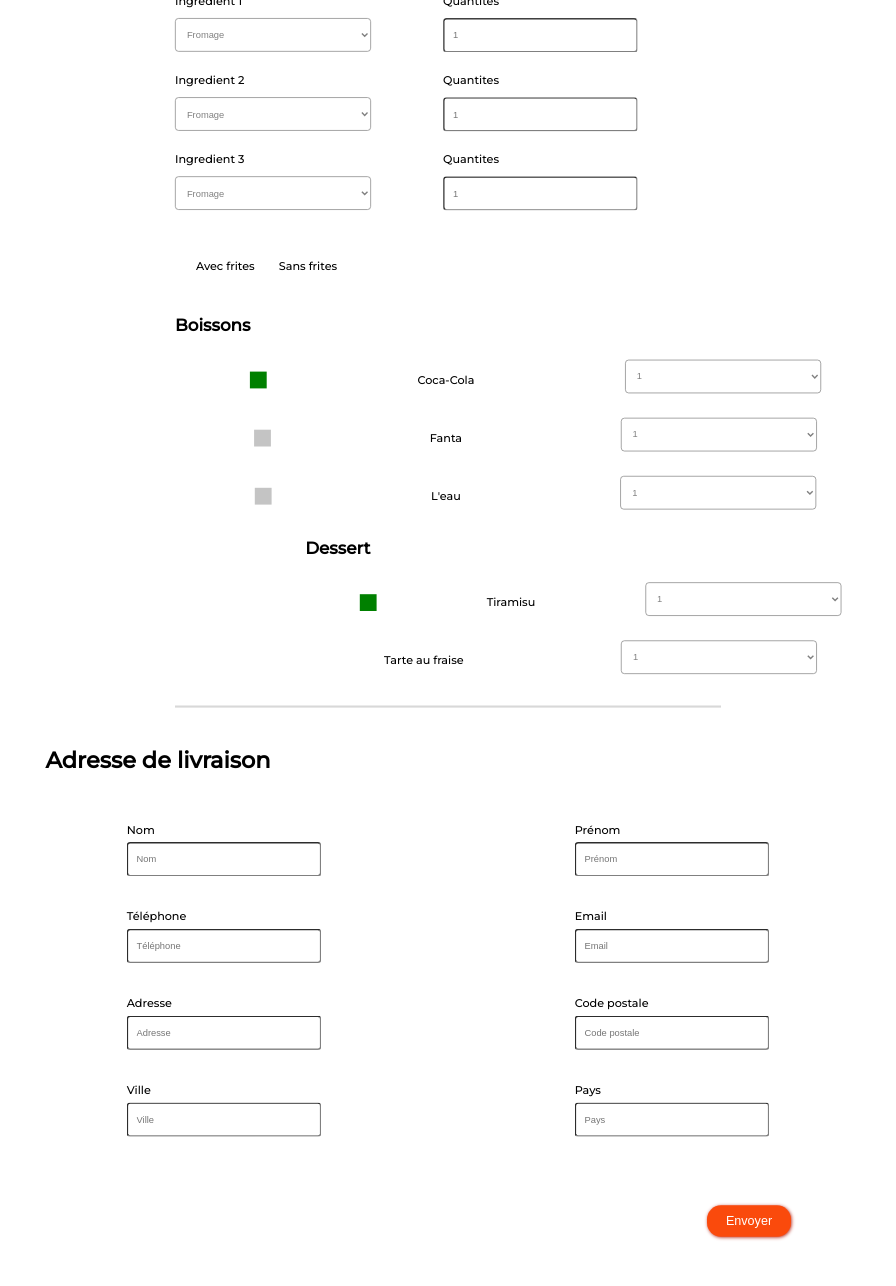
Repository: Ahlam-belhadj/bella-olange
Page: index2.html
These files come from the project's save history. The page is drawn as it stood at one moment and after the next save; the edit follows.
The browser window is 1280 px wide. The pictures show the part of the page from y = 1677 to 3597 px (the page is 3514 px tall before and 3597 px after), at 70% of full size.

Above is the page before, as saved 2023-02-15 09:21:50.

### index2.html
<!DOCTYPE html>
<html lang="en">

<head>
    <meta charset="UTF-8">
    <meta http-equiv="X-UA-Compatible" content="IE=edge">
    <meta name="viewport" content="width=device-width, initial-scale=1.0">
    <link rel="stylesheet" href="https://cdnjs.cloudflare.com/ajax/libs/font-awesome/6.2.1/css/all.min.css" />
    <link rel="stylesheet" href="style2.css">
    <title>Bella olanje</title>
</head>

<body>
  <header>

    <nav>
      <ul class="nav-bar">
          <div class="logo"><a href='#'><img src="image/logo_bella_olonje.png" alt="jsp"></a></div>
          <input type="checkbox" id="check" />
          <span class="menu">
              <li><a href="index.html" class="nav-link">Home</a></li>
              <li><a href="#pizza" class="nav-link">Pizzas</a></li>
              <li><a href="#burger" class="nav-link">Burgers</a></li>
              <li><a href="#salades" class="nav-link">Salades</a></li>
              <li><a href="index3.html" class="nav-link">Contact</a></li>
              <label for="check" class="close-menu"><i class="fas fa-times"></i></label>
          </span>
          <label for="check" class="open-menu"><i class="fas fa-bars"></i></label>
      </ul>
  </nav>

    <div class="title">
        <div class="texte">
            <h3>Food app</h3>
            <h1>Chez Bella <br>
                chaque désire s'additionne.</h1>
        </div>
    </div>
</header>




    <main>
      <div class="infos" id="form-infos">
        <form>
          <h1>Vos informations</h1>

          <div class="grp_infos">
            <div class="nom_prenom">
              <div class="label1">
                <label class="label_nom">Nom</label><br>
                <input type="text" placeholder="Nom">
              </div>
              <div class="label1">
                <label class="label_nom">Prénom</label><br>
                <input type="text" placeholder="Prénom">
              </div>
            </div>

            <div class="telephone_email">
              <div class="label1">
                <label class="label_nom">Téléphone</label><br>
                <input type="text" placeholder="Téléphone">
              </div>
              <div class="label1">
                <label class="label_nom">Email</label><br>
                <input type="text" placeholder="Email">
              </div>
            </div>
          </div>
        </form>
      </div>

      <hr>

      <div class="commande">
        <form>
          <h1>Votre commande</h1>
          <h3>Suppléments</h3>
          <div class="grp_suppliment">
            <div class="ingredient_quantite">
              <div class="fromage">
                <label>Ingredient</label><br>
                <select name="ingr" class="suppléments">
                  <option value="fromage">Fromage</option>
                  <option value="fromage">Fromage</option>
                  <option value="fromage">Fromage</option>
                  <option value="fromage">Fromage</option>
                  <option value="fromage">Fromage</option>
                  <option value="fromage">Fromage</option>
                  <option value="fromage">Fromage</option>
                </select>
              </div>
              <div class="box">
                <label>Quantites</label><br>
                <input type="number" min="0" placeholder="1">
              </div>
            </div>

            <div class="ingredient_quantite">
             <div class="fromage">
                <label>Ingredient 1</label><br>
                <select name="ingr" class="suppléments">
                  <option value="fromage">Fromage</option>
                  <option value="fromage">Fromage</option>
                  <option value="fromage">Fromage</option>
                  <option value="fromage">Fromage</option>
                  <option value="fromage">Fromage</option>
                  <option value="fromage">Fromage</option>
                  <option value="fromage">Fromage</option>
                </select>
              </div>
              <div class="box">
                <label>Quantites</label><br>
                <input type="number" min="0" placeholder="1">
              </div>
            </div>

            <div class="ingredient_quantite">
              <div class="fromage">
                <label>Ingredient 2</label><br>
                <select name="ingr" class="suppléments">
                  <option value="fromage">Fromage</option>
                  <option value="fromage">Fromage</option>
                  <option value="fromage">Fromage</option>
                  <option value="fromage">Fromage</option>
                  <option value="fromage">Fromage</option>
                  <option value="fromage">Fromage</option>
                  <option value="fromage">Fromage</option>
                </select>
              </div>
              <div class="box">
                <label>Quantites</label><br>
                <input type="number" min="0" placeholder="1">
              </div>
            </div>

            <div class="ingredient_quantite">
              <div class="fromage">
                <label>Ingredient 3</label><br>
                <select name="ingr" class="suppléments">
                  <option value="fromage">Fromage</option>
                  <option value="fromage">Fromage</option>
                  <option value="fromage">Fromage</option>
                  <option value="fromage">Fromage</option>
                  <option value="fromage">Fromage</option>
                  <option value="fromage">Fromage</option>
                  <option value="fromage">Fromage</option>
                </select>
              </div>
              <div class="box">
                <label>Quantites</label><br>
                <input type="number" min="0" placeholder="1">
              </div>
            </div>
          </div>


          <div class="check2">
            <label class="container">Avec frites
              <input type="radio" checked="checked" name="radio">
              <span class="checkmark"></span>
            </label>
            <label class="container">Sans frites
              <input type="radio" name="radio">
              <span class="checkmark"></span>
            </label>
          </div>


          <div class="all">
            <div class="content_of_boisson">
                <h2>Boissons</h2>
                <div class="boissons">
                    <div class="carre"></div>
                    <label>Coca-Cola</label>
                    <select name="Fromage" class="Fromage" style="margin-top: 10px;">
                      <option value="">1</option>
                      <option value="">2</option>
                      <option value="">3</option>
                      <option value="">4</option>
                    </select>
                </div>
                <div class="boissons">
                    <div class="carre grey"></div>
                    <label>Fanta</label>
                    <select name="Fromage" class="Fromage" style="margin-top: 10px;">
                      <option value="">1</option>
                      <option value="">2</option>
                      <option value="">3</option>
                      <option value="">4</option>
                    </select>
                </div>
                <div class="boissons">
                   <div class="carre grey"></div>
                    <label>L'eau</label>
                    <select name="Fromage" class="Fromage" style="margin-top: 10px;">
                      <option value="">1</option>
                      <option value="">2</option>
                      <option value="">3</option>
                      <option value="">4</option>
                    </select>
                </div>
            </div>

            <div class="content_of_dessert">
                <h2>Dessert</h2>
                <div class="boissons dessert">
                   <div class="carre"></div>
                    <label>Tiramisu</label>
                    <select name="Fromage" class="Fromage" style="margin-top: 10px;">
                        <option value="">1</option>
                        <option value="">2</option>
                        <option value="">3</option>
                        <option value="">4</option>
                    </select>
                </div>
                <div class="boissons dessert">
                    <!-- <div class="carre grey"></div>
                    <label>Cheese-cake</label>
                    <select name="Fromage" class="Fromage" style="margin-top: 10px;">
                      <option value="">1</option>
                      <option value="">2</option>
                      <option value="">3</option>
                      <option value="">4</option>
                    </select>
                </div>
                <div class="boissons dessert">
                    <!-- <div class="carre grey"></div> -->
                    <label>Tarte au fraise</label>
                    <select name="Fromage" class="Fromage" style="margin-top: 10px;">
                      <option value="">1</option>
                      <option value="">2</option>
                      <option value="">3</option>
                      <option value="">4</option>
                    </select>
                </div>
            </div>
            </div>
        </form>
      </div>

      <hr>

      <div class="livraison">
        <form>
          <h1>Adresse de livraison</h1>
          <div class="grp_infos">
            <div class="nom_prenom">
              <div class="label1">
                <label class="label_nom">Nom</label><br>
                <input type="text" placeholder="Nom">
              </div>
              <div class="label1">
                <label class="label_nom">Prénom</label><br>
                <input type="text" placeholder="Prénom">
              </div>
            </div>

            <div class="telephone_email">
              <div class="label1">
                <label class="label_nom">Téléphone</label><br>
                <input type="text" placeholder="Téléphone">
              </div>
              <div class="label1">
                <label class="label_nom">Email</label><br>
                <input type="text" placeholder="Email">
              </div>
            </div>
            <div class="nom_prenom">
              <div class="label1">
                <label class="label_nom">Adresse</label><br>
                <input type="text" placeholder="Adresse">
              </div>
              <div class="label1">
                <label class="label_nom">Code postale</label><br>
                <input type="text" placeholder="Code postale">
              </div>
            </div>

            <div class="telephone_email">
              <div class="label1">
                <label class="label_nom">Ville</label><br>
                <input type="text" placeholder="Ville">
              </div>
              <div class="label1">
                <label class="label_nom">Pays</label><br>
                <input type="text" placeholder="Pays">
              </div>
            </div>
          </div>
            <div class="div_button"><button class="button" type="button">Envoyer</button></div>
        </form>

      </div>
    </main>

</body>

</html>

### style2.css
@import url('https://fonts.googleapis.com/css2?family=Montserrat:wght@100;200;500&display=swap');

body {
    font-family: Montserrat, sans-serif;
    margin: auto;
}


.logo img{
  height: 100px;
  width: 150px;
}


.nav-bar {
  display: flex;
  justify-content: space-between;
  align-items: center;
  list-style: none;
  position: relative;
  background-color: #FFF;
  padding: 12px 20px;
}

.menu {
  display: flex;
}

.menu li {
  padding-left: 20px;
  padding-right: 55px;
}

.menu li a {
  display: inline-block;
  text-decoration: none;
  color: #333;
  text-align: center;
  position: relative;
}

.menu li a:hover {
  color: #FA4A0C;
}

.open-menu {
  position: absolute;
  color: #FA4A0C;
  cursor: pointer;
  font-size: 1.5rem;
  display: none;
}

.close-menu {
  position: absolute;
  color: #333;
  cursor: pointer;
  font-size: 1.5rem;
  display: none;
  padding: 10px;
}

.open-menu {
  top: 50%;
  right: 20px;
  transform: translateY(-50%);
}

.close-menu {
  top: 20px;
  right: 20px;
}

#check {
  display: none;
}

@media(max-width: 920px) {
  .menu {
      flex-direction: column;
      align-items: center;
      width: 60%;
      height: 100vh;
      position: fixed;
      top: 0;
      right: -100%;
      z-index: 100;
      background-color: rgb(255, 88, 70);
      transition: all 0.2s ease-in-out;
      padding-top: 100px;
  }

  .menu li {
      margin-top: 40px;
  }

  .menu li a {
      padding: 10px;
      color: #FFF;
  }

  .open-menu {
      display: block;
      padding-right: 25px;
      padding-top: 13px;
  }

  .close-menu {
      display: block;
      color: #FFF;
      padding-right: 25px;
      padding-top: 22px;
  }

  #check:checked~.menu {
      right: 0;
  }

  .menu li a:hover {
      color: #333;
  }

  .nav-link {
      font-family: Montserrat;
      letter-spacing: .8px;
  }
}
.title {
  background-image: url(image/Rectangle\ 48.png);
  height: 619px;
  background-repeat: no-repeat;
  background-position: center;
  background-size: cover;



}

.texte{
    color: white;
    display: flex;
    align-items: center;
    justify-content: center;
    flex-direction: column;
    text-align: center;
    height: 50%;
}




/*infos*/


.ingredient_quantite{
    display: flex;
    flex-direction:row;
    justify-content: flex-start;
    gap: 10%;
    margin-bottom: 10px;
}


.label1 input {
    width: 250px;
    height: 35px;
    margin-bottom: 20px;
    margin-top: 8px;
    padding: 5px 12px;
    color: grey;
    border-radius: 5px;
    border-color: gray;
}


.infos h1 {
    padding: 85px;
}

hr {
    height: 3px;
    background-color:#d8d8d8;
    border: none;
    margin: 25px 250px 25px;
}

.nom_prenom {
    display: flex;
    justify-content: space-around;
    padding-right: 0px;
    padding-bottom: 28px;
}
.telephone_email {
    display: flex;
    justify-content: space-around;
    padding-right: 0px;
    padding-bottom: 28px;
}

/*infos*/

/*livraison*/

.livraison h1 {
    margin-left: 65px;
    padding-top: 30px;
    padding-bottom: 50px;
}
/*livraison*/

/*commande*/
.suppléments {
    width: 280px;
    height: 48px;
    margin-bottom: 20px;
    margin-top: 15px;
    padding: 5px 12px;
    color: grey;
    border-radius: 5px;
    border-color: gray;
    background-color: #FFFFFF;
}


.commande {
    margin-left: 250px;
}

.commande h1 {
    padding-top: 30px;
}

.commande h3 {
    padding-top: 50px;
    padding-bottom: 42px;
}

.box input {
    width: 250px;
    height: 35px;
    margin-bottom: 20px;
    margin-top: 15px;
    padding: 5px 12px;
    color: grey;
    border-radius: 5px;
    border-color: gray;
}

.boissons_dessert {
    display: flex;
    flex-direction: row;
}

/*commande*/


.div_button {
    padding: 50px 150px 70px 0px;
    display: flex;
    justify-content: flex-end;
}

button {
    border: 0;
    line-height: 2.5;
    width: 120px;
    padding: 0 18px;
    font-size: 18px;
    text-align: center;
    color: #fff;
    border-radius: 20px;
    background-color: #FA4A0C;
    box-shadow: 1px 1px 5px #B73227;
}


/*dessert et boissons*/

.avec, .sans {
    display: flex;
    flex-direction: row;
    justify-content: space-around;
    width: 150px;
    height: 40px;
    align-items: center;
}

.sans_f {
    padding-top: 39px;
    padding-left: 50px;
}
.avec_f {
    padding-left: 10px;
}





.boissons{
     display: flex;
    align-items: center;
    justify-content: space-around;
    /* width: 31rem; */
    padding-top: 5px;
}

.carre {
    width: 24px;
    height: 24px;
    background-color: green;
}

.carre.grey {
    background-color: #C4C4C4;
}

.all {
    display: flex;
    flex-direction: column;
    margin: 0;
}

.content_of_dessert {
    margin-left: 186px;
}

.Fromage {
    padding: 7px;
    border-radius: 5px;
    width: 280px;
    height: 48px;
    margin-bottom: 20px;
    margin-top: 8px;
    padding: 5px 12px;
    color: grey;
    border-radius: 5px;
    border-color: gray;
    background-color: #FFFFFF;
}
/*dessert et boissons*/


/*checkbox*/
.check2 {
    padding-top: 40px;
    padding-bottom: 40px;
}
.container {
    padding-left: 30px;
    margin-bottom: 12px;
    cursor: pointer;
    font-size: 16px;


  }

  .container input {
    position: absolute;
    opacity: 0;
    cursor: pointer;
  }

  .checkmark {
    position: absolute;
    top: 0;
    left: 0;
    height: 21px;
    width: 21px;
    background-color: rgba(176, 176, 176, 0.677);
    border-radius: 50%;
}




  .container input:checked  .checkmark {
    background-color: #2e3983;
  }

  .checkmark:after {
    position: absolute;
    display: none;
  }

  .container input:checked ~ .checkmark:after {
    display: block;
  }

  .container .checkmark:after {
       top: 9px;
      left: 9px;
      width: 8px;
      background: white;
  }
/*checkbox*/

@media (max-width:650px) {
  .nom_prenom {
      display: flex;
      flex-direction: column;
      padding-left: 15%;
  }

  .telephone_email {
      display: flex;
      flex-direction: column;
      padding-left: 15%;
  }

  .ingredient_quantite{
    display: flex;
    flex-direction: column;
  }

  .all{
    display: flex;
    flex-direction: column;
  }

  .content_of_dessert{
    margin-left: 0px;
  }

  .Fromage{
    width: 200px;
  }

  .commande {
    margin-left: 60px;
}


h2{
  text-align: center;
}

h1{
  text-align: center;
}

.livraison h1 {
  margin-left: 5px;
}


}

@media screen and (min-width:651px) and (max-width:1199px) {
  .nom_prenom {
    display: flex;
    flex-direction: column;
    padding-left: 15%;
}

.telephone_email {
    display: flex;
    flex-direction: column;
    padding-left: 15%;
}

.ingredient_quantite{
  display: flex;
  flex-direction: column;
}

.all{
  display: flex;
  flex-direction: column;
  margin: 0;
}

.content_of_dessert{
  margin-left: 0px;
}

.Fromage{

  width: 247px;
text-align: center;
}


h2{
  text-align: center;
}
h1{
  text-align: center;
}

.label1 input {
  width: 550px;

}

.suppléments {
  width: 550px;
}


.box input {
  width: 520px;
}

.commande {
  margin-left: 150px;
}
.content_of_boisson {
  padding-right: 550px;
}

.content_of_dessert {
  padding-right: 550px;
}
}

After the next save:
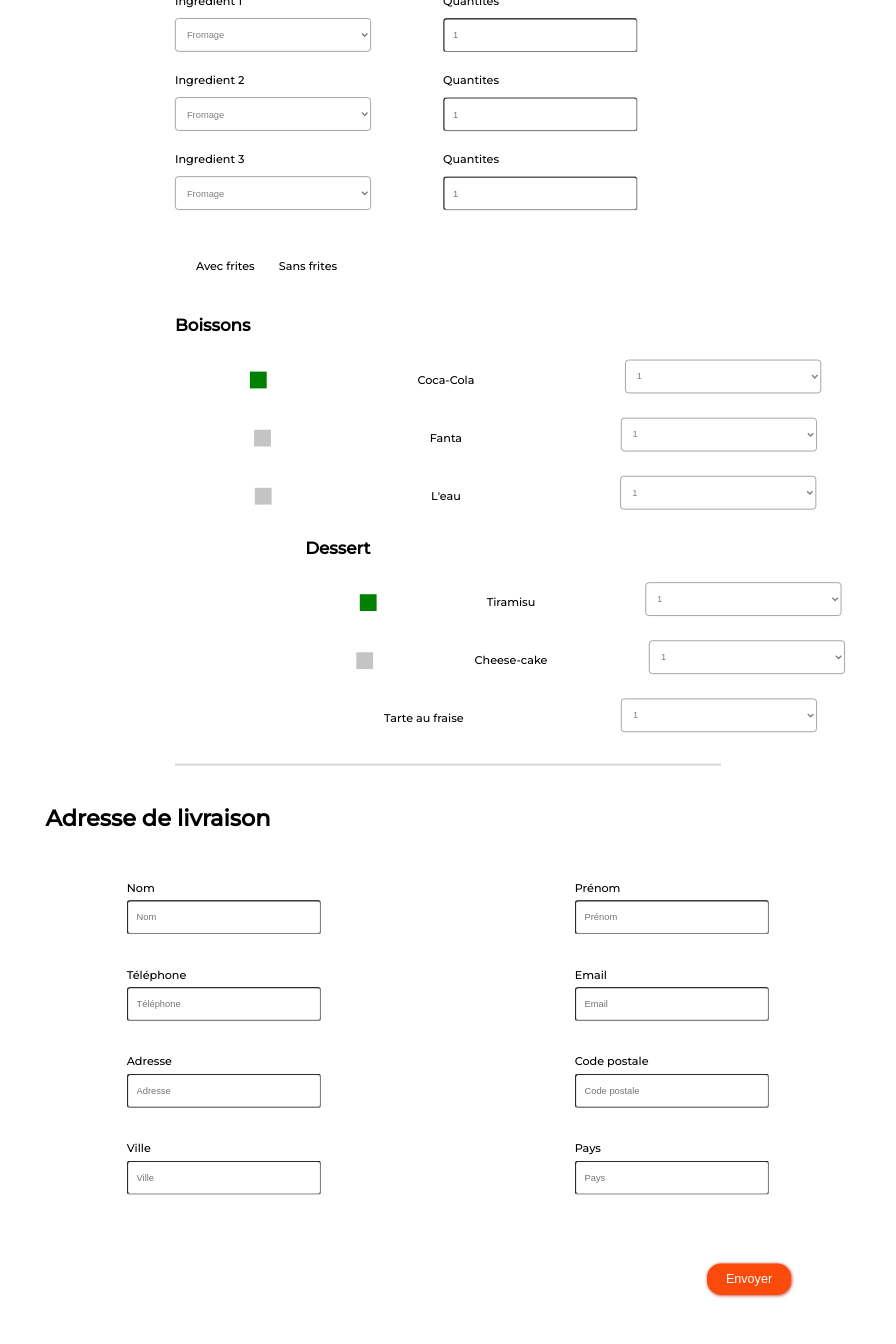
Saved 4 s later.
--- a/index2.html
+++ b/index2.html
@@ -217,7 +217,7 @@
                     </select>
                 </div>
                 <div class="boissons dessert">
-                    <!-- <div class="carre grey"></div>
+                    <div class="carre grey"></div>
                     <label>Cheese-cake</label>
                     <select name="Fromage" class="Fromage" style="margin-top: 10px;">
                       <option value="">1</option>
